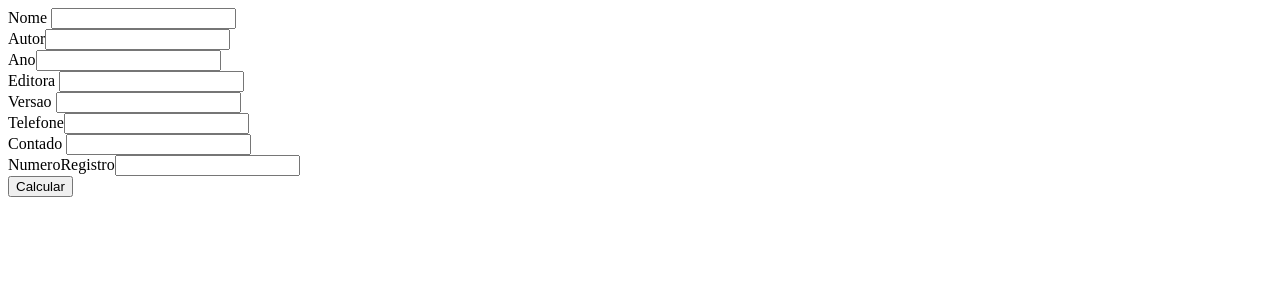
Repository: andersonsilvade/workspacejava
Page: WorkSpace/Lista1/WebContent/cadastro.html
These files come from the project's save history. The page is drawn as it stood at one moment and after the next save; the edit follows.
The browser window is 1280 px wide. The pictures show the whole page.

Above is the page before, as saved 2014-08-22 11:00:10.

### WorkSpace/Lista1/WebContent/cadastro.html
<!DOCTYPE html>
<html>
<head>
<meta charset="ISO-8859-1">
<title>Insert title here</title>
</head>
<body>
<form action="cl" method = "post">
Nome <input type = "text" name = "nome"/>
</br>
Autor<input type = "text" name = "autor"/>
</br>
Ano<input type = "text" name = "ano"/>
</br>
Editora <input type = "text" name = "editora"/>
</br>
Versao <input type = "text" name = "versao"/>
</br>
Telefone<input type = "text" name = "telefone"/>
</br>
Contado <input type = "text" name = "contato"/>
</br>
NumeroRegistro<input type = "text" name = "numeroR"/>
</br>
<input type = 'submit' value = 'Calcular'>
</form>
</body>
</html>

After the next save:
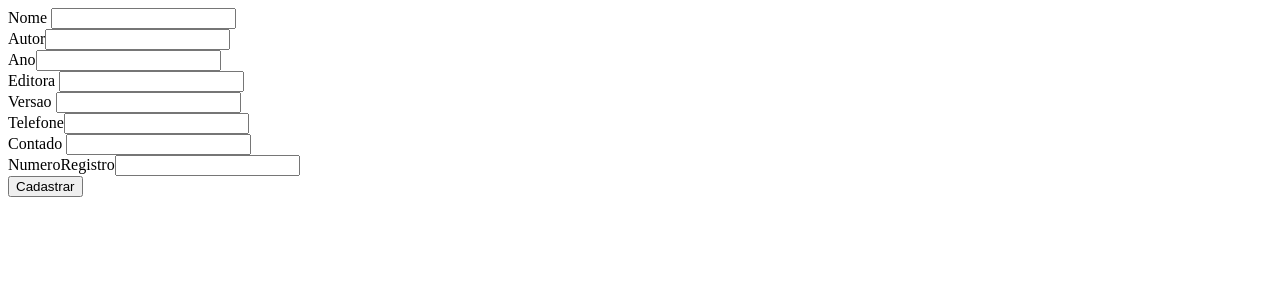
Saved 111 s later.
--- a/WorkSpace/Lista1/WebContent/cadastro.html
+++ b/WorkSpace/Lista1/WebContent/cadastro.html
@@ -22,7 +22,7 @@ Contado <input type = "text" name = "contato"/>
 </br>
 NumeroRegistro<input type = "text" name = "numeroR"/>
 </br>
-<input type = 'submit' value = 'Calcular'>
+<input type = 'submit' value = 'Cadastrar'>
 </form>
 </body>
 </html>
